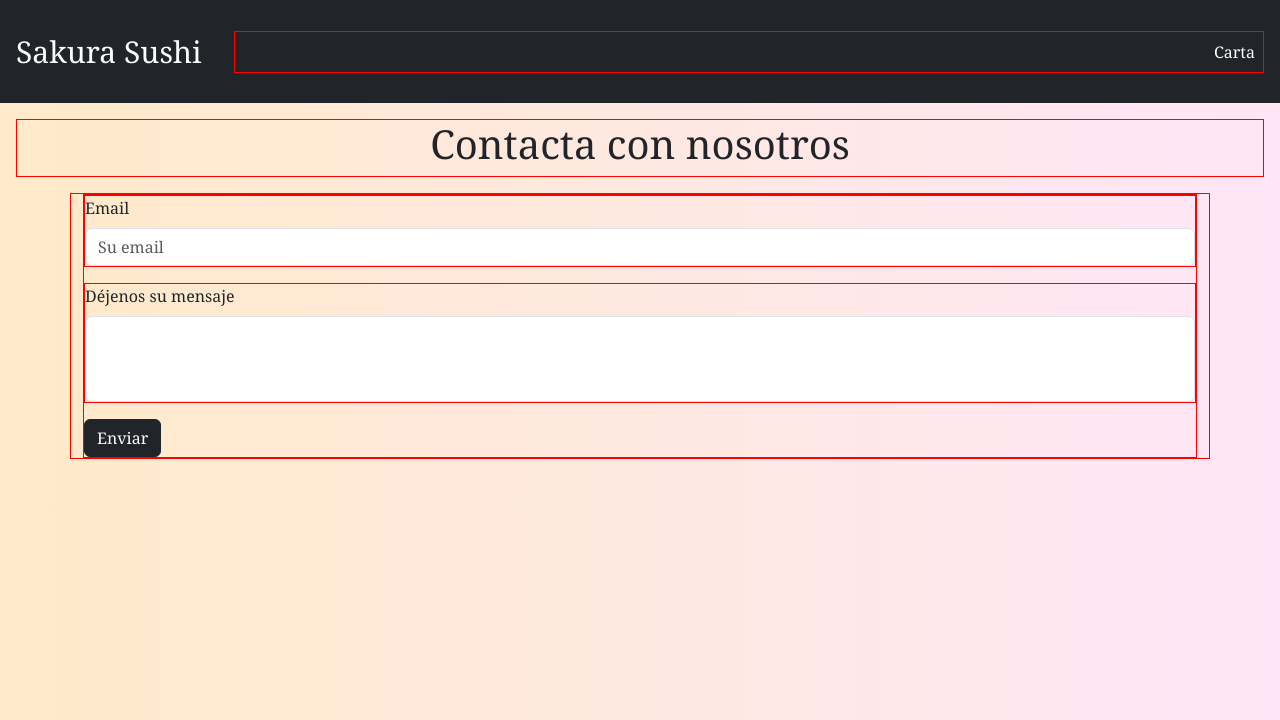
Repository: aipacheco/Fuji-restaurante
Page: contact.html
These files come from the project's save history. The page is drawn as it stood at one moment and after a run of saves; the edit follows.
The browser window is 1280 px wide. The pictures show the whole page.
Some web libraries are served in a nearby version.

Above is the page before, as saved 2024-01-27 11:45:21.

After the next 2 saves:
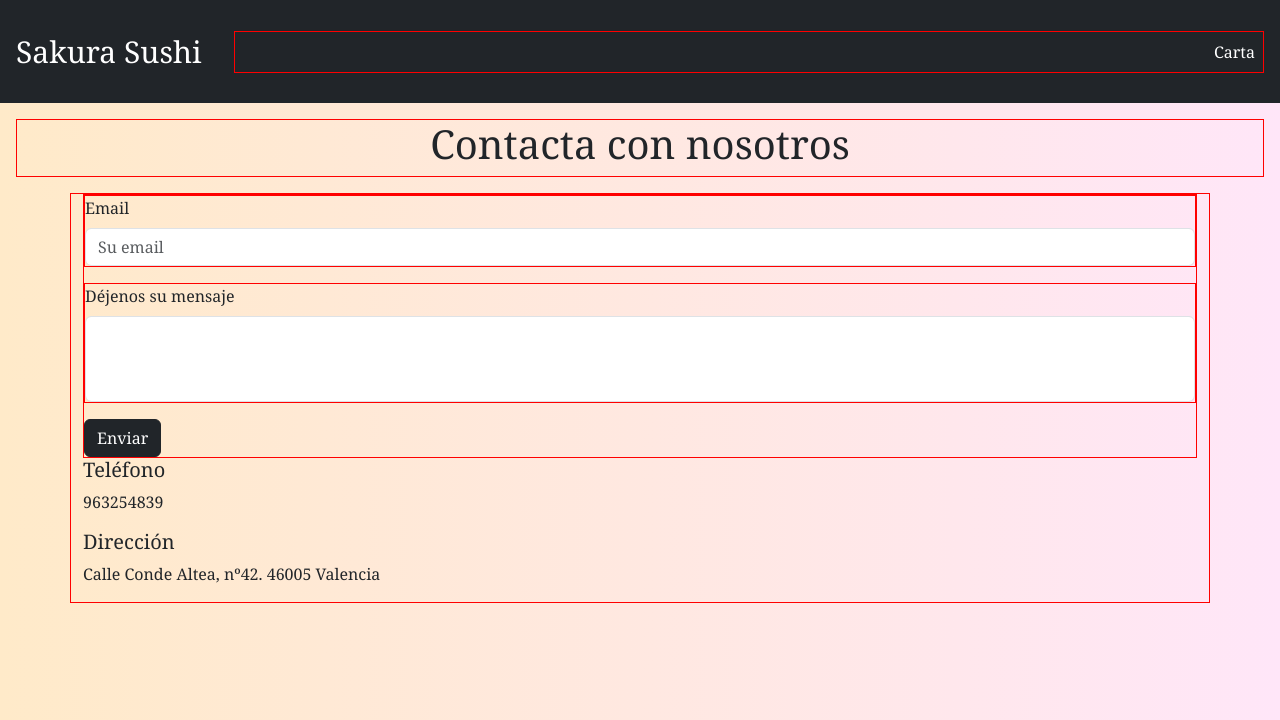
The 2 saves are shown as one change because they came seconds apart.
The last was saved 24 s later.
--- a/contact.html
+++ b/contact.html
@@ -79,6 +79,12 @@
           <button class="btn btn-dark" type="submit">Enviar</button>
         </form>
       </div>
+
+      <h5>Teléfono</h5>
+        <p>963254839</p>
+        <h5>Dirección</h5>
+        <p>Calle Conde Altea, nº42. 46005 Valencia</p>
+
     </div>
     <script src="https://code.jquery.com/jquery-3.2.1.slim.min.js"></script>
     <script src="https://cdnjs.cloudflare.com/ajax/libs/popper.js/1.12.9/umd/popper.min.js"></script>
